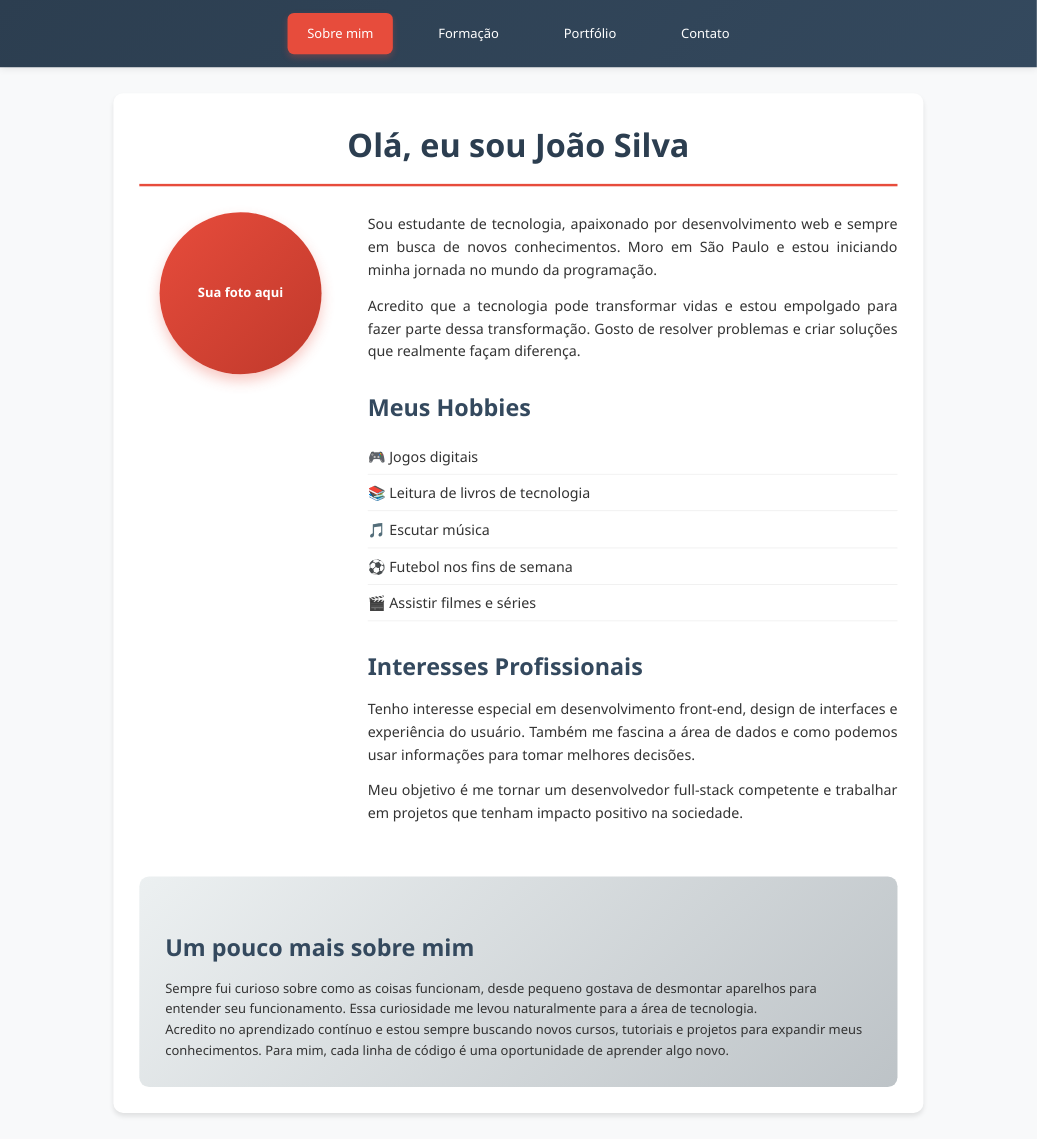
Repository: AnderHonorato/meu-portfolio
Page: index.html
These files come from the project's save history. The page is drawn as it stood at one moment and after the next save; the edit follows.
The browser window is 1280 px wide. The pictures show the whole page, at 81% of full size.

Above is the page before, as saved 2025-08-26 19:43:13.

After the next save:
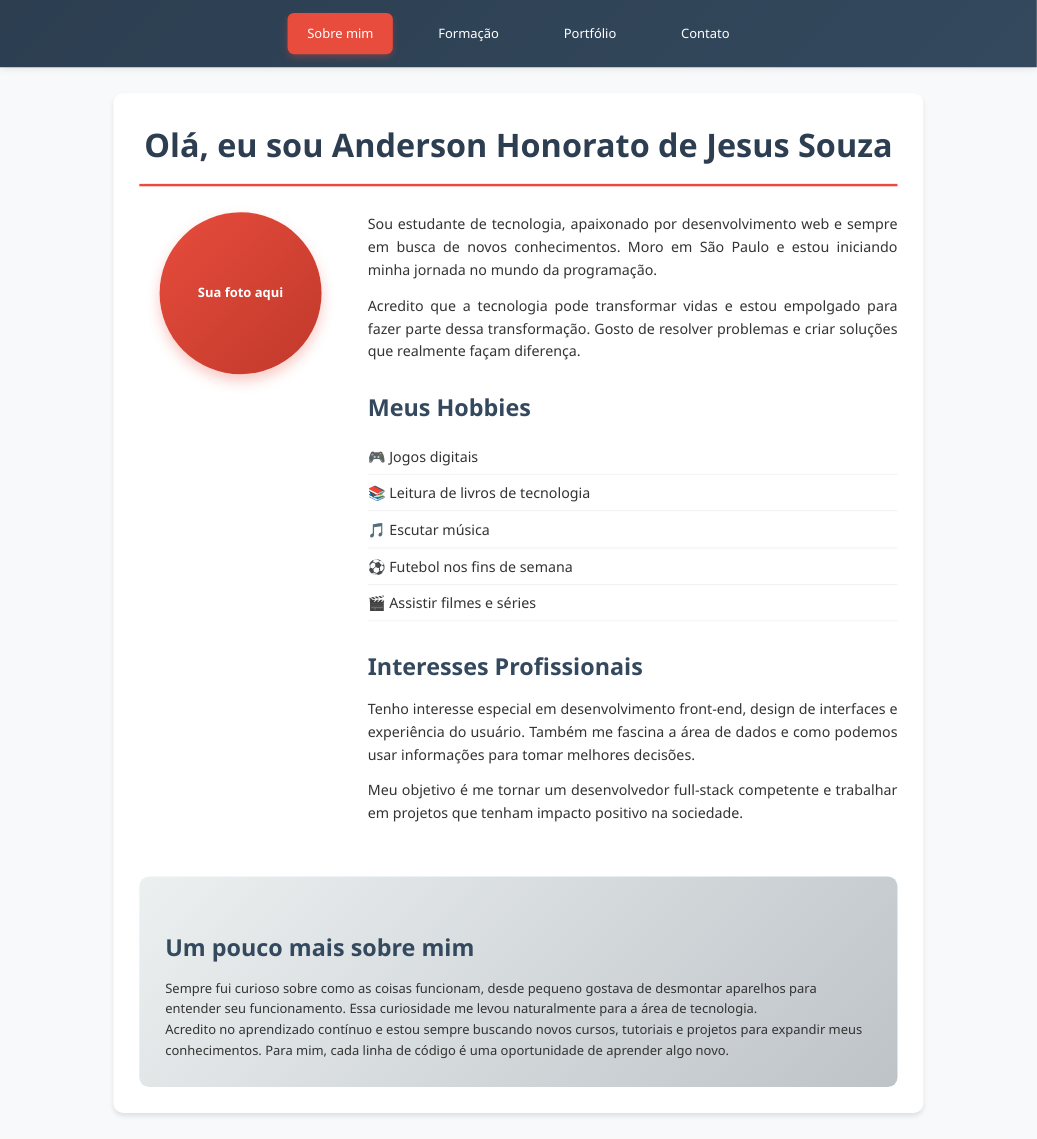
Saved 4 min 9 s later.
--- a/index.html
+++ b/index.html
@@ -19,7 +19,7 @@
 
     <!-- Conteúdo principal da página -->
     <main class="conteudo">
-        <h1>Olá, eu sou João Silva</h1>
+        <h1>Olá, eu sou Anderson Honorato de Jesus Souza</h1>
 
         <div class="sobre-container">
             <!-- Seção da foto de perfil -->
